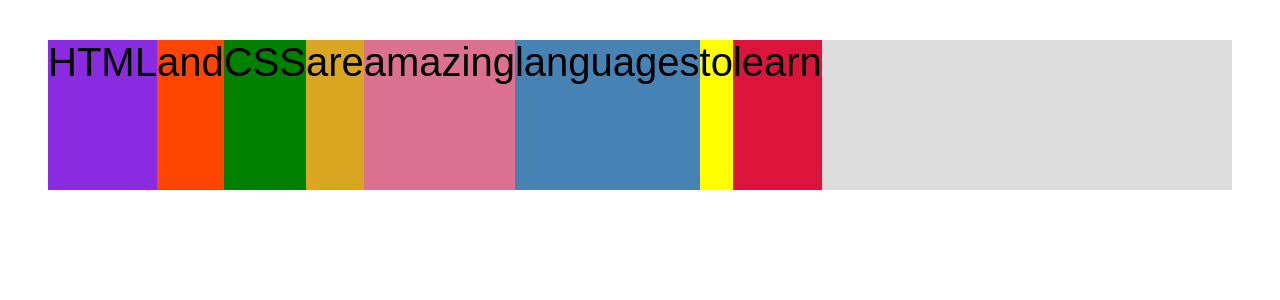
Repository: nghiakma/HTML-CSS-Fundamental
Page: HTML/flexbox.html
These files come from the project's save history. The page is drawn as it stood at one moment and after the next save; the edit follows.
The browser window is 1280 px wide. The pictures show the whole page.

Above is the page before, as saved 2023-08-23 12:13:10.

### HTML/flexbox.html
<!DOCTYPE html>
<html lang="en">

<head>
  <meta charset="UTF-8" />
  <meta http-equiv="X-UA-Compatible" content="IE=edge" />
  <meta name="viewport" content="width=device-width, initial-scale=1.0" />
  <title>Flexbox</title>
  <style>
    .el--1 {
      background-color: blueviolet;
    }

    .el--2 {
      background-color: orangered;
    }

    .el--3 {
      background-color: green;
      height: 150px;
    }

    .el--4 {
      background-color: goldenrod;
    }

    .el--5 {
      background-color: palevioletred;
    }

    .el--6 {
      background-color: steelblue;
    }

    .el--7 {
      background-color: yellow;
    }

    .el--8 {
      background-color: crimson;
    }

    /*Vung chua flex lay chieu cao cua phan tu cao nhat*/
    .container {
      /* STARTER */
      font-family: sans-serif;
      background-color: #ddd;
      font-size: 40px;
      margin: 40px;
      display: flex;
      /* FLEXBOX */
      /*Chieu cao cua cac phan tu tu dong keo dai bang phan tu cao nhat*/
      align-items: stretch;
    }
  </style>
</head>

<body>
  <div class="container">
    <div class="el el--1">HTML</div>
    <div class="el el--2">and</div>
    <div class="el el--3">CSS</div>
    <div class="el el--4">are</div>
    <div class="el el--5">amazing</div>
    <div class="el el--6">languages</div>
    <div class="el el--7">to</div>
    <div class="el el--8">learn</div>
  </div>
</body>

</html>

After the next save:
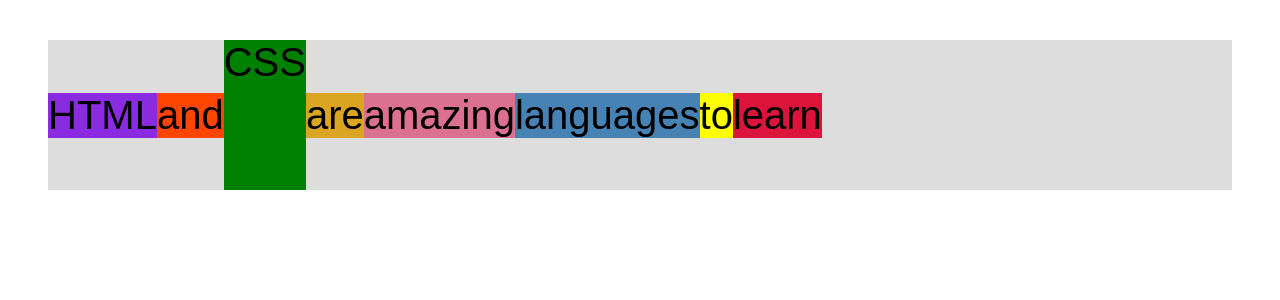
Saved 12 s later.
--- a/HTML/flexbox.html
+++ b/HTML/flexbox.html
@@ -50,7 +50,8 @@
       display: flex;
       /* FLEXBOX */
       /*Chieu cao cua cac phan tu tu dong keo dai bang phan tu cao nhat*/
-      align-items: stretch;
+      /* align-items: stretch; */
+      align-items: center;
     }
   </style>
 </head>
